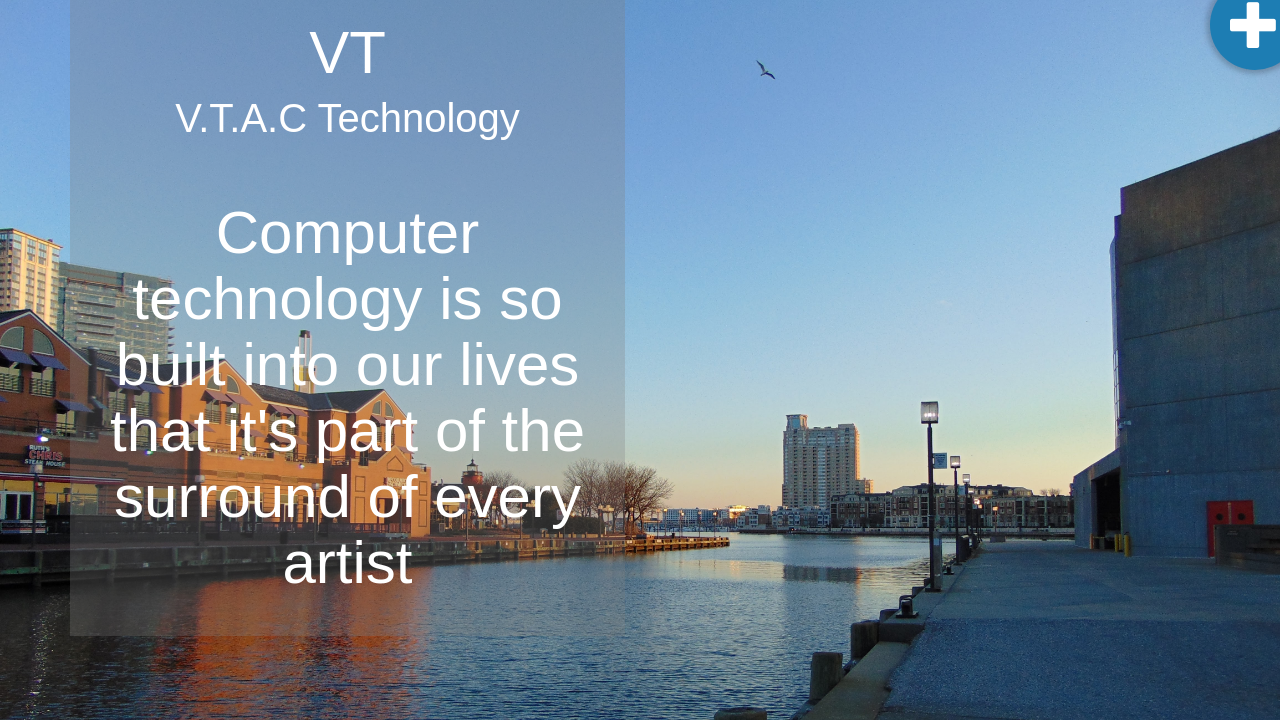
Repository: danidark9312/vtac
Page: http://localhost/vtacTechnology/
These files come from the project's save history. The page is drawn as it stood at one moment and after the next save; the edit follows.
The browser window is 1280 px wide. The pictures show the whole page.
The page is served by Tomcat 9.

Above is the page before, as saved 2017-01-30 18:17:36.
Console error (its wording comes from the project's code and is left out).

### vtacTechnology/WebContent/index.jsp
<%@ page language="java" contentType="text/html; charset=ISO-8859-1"
    pageEncoding="ISO-8859-1"%>
<!DOCTYPE html PUBLIC "-//W3C//DTD HTML 4.01 Transitional//EN" "http://www.w3.org/TR/html4/loose.dtd">
<html>
<head>
	<meta http-equiv="Content-Type" content="text/html; charset=ISO-8859-1">
	<title>VTAC Tehnology</title>

	<link href="bootstrap/css/bootstrap.min.css" rel="stylesheet">
 	<script src="bootstrap/js/bootstrap.min.js"> </script>
 	<script src="jquery/jquery.min.js" ></script>
 	<script src="js/menu.js" ></script>

 	<link href="css/common.css" rel="stylesheet" />

</head>
<body>
<div class="menuContainer">
<div class="floatingMenu" onclick="openMenu()">
 <span class="glyphicon glyphicon-plus" aria-hidden="true"></span>
</div>
	<div class="optionGroup">
		<div class="option">Services</div>
		<div class="option">Portfolio</div>
		<div class="option">Contact</div>
	</div>

</div>
	<div class="container">
		<div class="row">
			<div class="col-md-6 col-xs-6">
				<div class="mainLogo">
					<h1>VT</h1>
					<h2>V.T.A.C Technology</h2>
					<br/>
				</div>
			</div>
		</div>

		<div class="row">
			<div class="col-md-6 col-xs-6">
				<div class="mainLogo">
					<h1>Computer technology is so built into our lives that it's part of the surround of every artist</h1>
					<br/>
				</div>
			</div>
		</div>
	</div>


</body>
</html>

### vtacTechnology/WebContent/js/menu.js
/**
 *
 */

$(document).ready(function(){
// function for the floating button when cursor leave the button, must hide all options
})

function openMenu(){
	$(".optionGroup .option").toggleClass("shown");
}

### vtacTechnology/WebContent/css/common.css

@CHARSET "ISO-8859-1";


:root {
  --main-color: #1d7db3;
  --main-color-highlighted: #e8a05d;
  --caption-color : rgba(128, 128, 128, 0.29);
}

*{
	font-family: "Comic Sans MS", cursive, sans-serif;
}

.menuContainer{
	position : fixed;
	right: 0px;
	top: 0px;
}

.floatingMenu{
	    background-color: var(--main-color);
    color: white;
    width: 90px;
    height: 90px;
    text-align: center;
    padding: 18px;
    border-radius: 100%;
    box-shadow: 0px 0px 5px 4px rgba(0, 0, 0, 0.18), 0px 4px 12px -7px rgba(0, 0, 0, 0.15);

    -webkit-transition: all .1s ease-out;
    position: absolute;
    right: -20px;
    top: -20px;
    cursor: pointer;
}


.menuContainer .optionGroup{
	        padding: 5px 0;
	        margin-top: 12px;
    font-size: 23px;
    position: absolute;
    top: 70px;
    right: 0px;;
}

.floatingMenu:hover{
	right: 0px;
	top: 0px;
	background-color: var(--main-color-highlighted);
	box-shadow: 0px 0px 14px 6px rgba(0, 0, 0, 0.18), 0px 4px 12px -7px rgba(0, 0, 0, 0.15);
}

.floatingMenu span{
	font-size: 50px;
}

.menuContainer .option{
	    padding: 5px 10px;
    font-size: 23px;
    background: var(--main-color);;
    color: white;
    border-top-left-radius: 20px;
    border-bottom-left-radius: 20px;
    box-shadow: 0px 5px 11px -2px rgba(0, 0, 0, 0.18), 0px 4px 12px -7px rgba(0, 0, 0, 0.15);
    -webkit-transition: all .2s ease-out;
    opacity: 0;
    cursor: pointer;
}
.menuContainer .option:hover{
    background-color: var(--main-color-highlighted);
}

.menuContainer .option.shown{
	opacity: 1;
	margin-top: 5px;
}




body {
	background: #ffffff url("../img/background2.jpg") no-repeat right top;
	background-size: cover;
}

.mainLogo{
	    text-align: center;
    padding: 10px;
    /* background-color: var(--main-color);*/
    background-color: var(--caption-color);
    color: white;

    /* border-radius: 50%;*/
}

.mainLogo h1{
	font-size: 60px;
	margin-top: 10px;
}

.mainLogo h2{
	font-size: 40px;
	margin-top: 0px;
}

Loaded but not shown: vtacTechnology/WebContent/bootstrap/css/bootstrap.min.css (library); vtacTechnology/WebContent/bootstrap/js/bootstrap.min.js (library); vtacTechnology/WebContent/jquery/jquery.min.js (library)

After the next save:
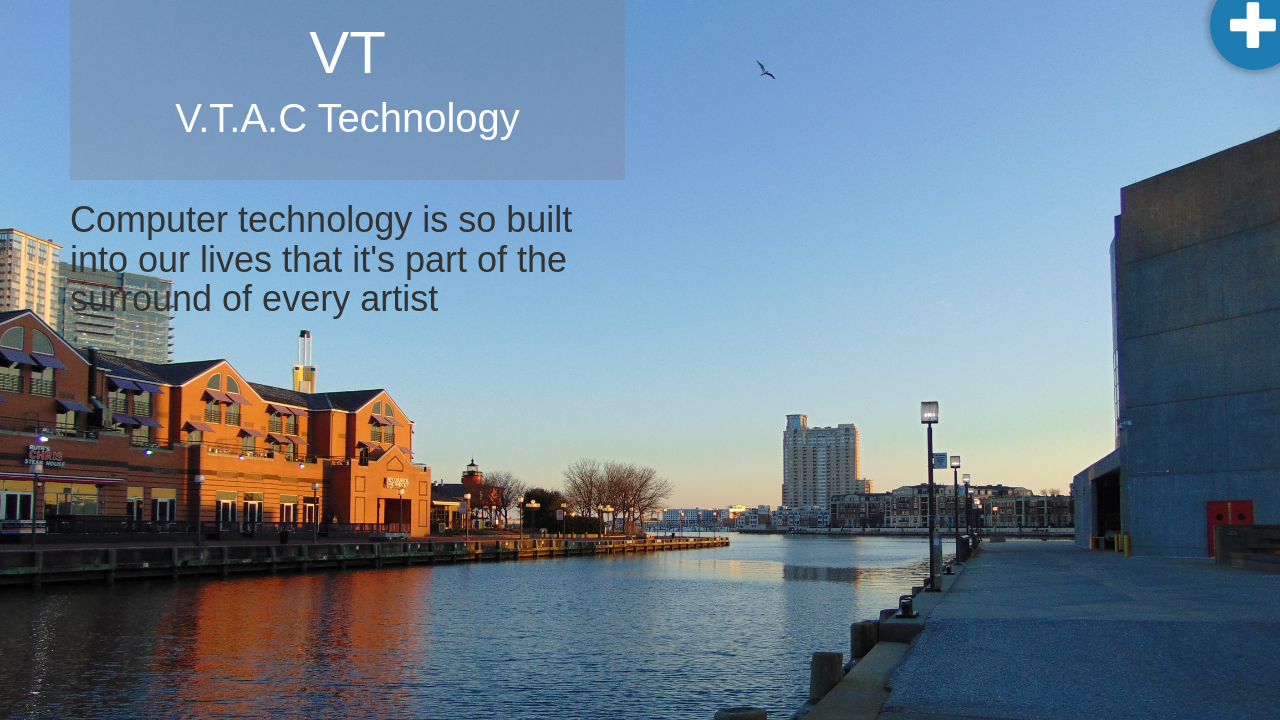
Saved 17 s later.
--- a/vtacTechnology/WebContent/index.jsp
+++ b/vtacTechnology/WebContent/index.jsp
@@ -39,7 +39,7 @@
 
 		<div class="row">
 			<div class="col-md-6 col-xs-6">
-				<div class="mainLogo">
+				<div class="mainQuote">
 					<h1>Computer technology is so built into our lives that it's part of the surround of every artist</h1>
 					<br/>
 				</div>
--- a/vtacTechnology/WebContent/css/common.css
+++ b/vtacTechnology/WebContent/css/common.css
@@ -10,6 +10,10 @@
 
 *{
 	font-family: "Comic Sans MS", cursive, sans-serif;
+}
+
+.mainQuote{
+
 }
 
 .menuContainer{
